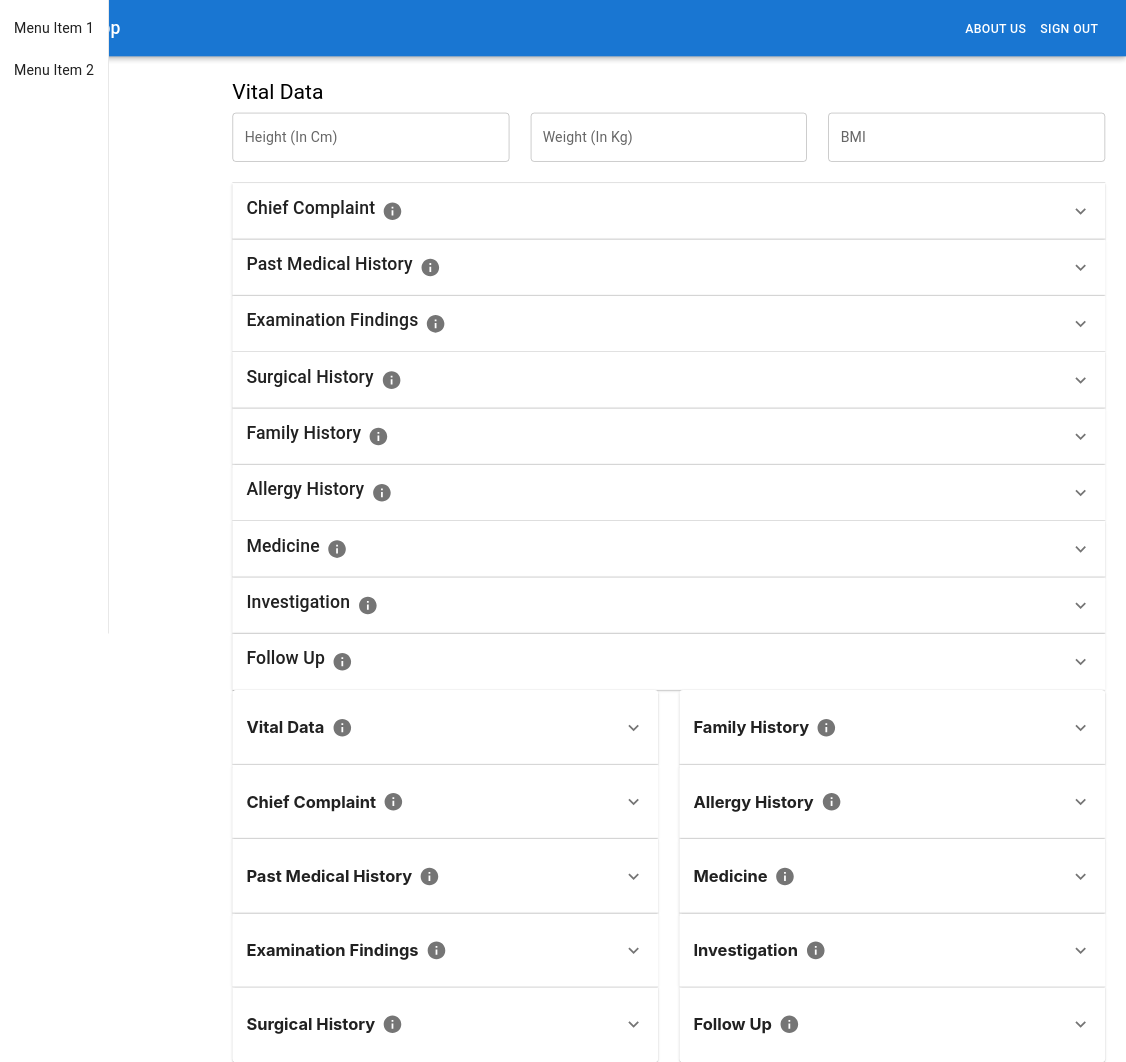
Repository: sshaiv/demo_project
Page: /
The author's editor kept a copy of each file at every save. The page is drawn from the files as they stood at one save, then again after a run of saves.
The browser window is 1280 px wide. The pictures show the whole page, at 88% of full size.
The project was rebuilt for these pictures with package versions that can differ from the ones it lists, and the page was loaded fresh each time.

Above is the page before, as saved 2024-08-12 20:03:29.

After the next 4 saves:
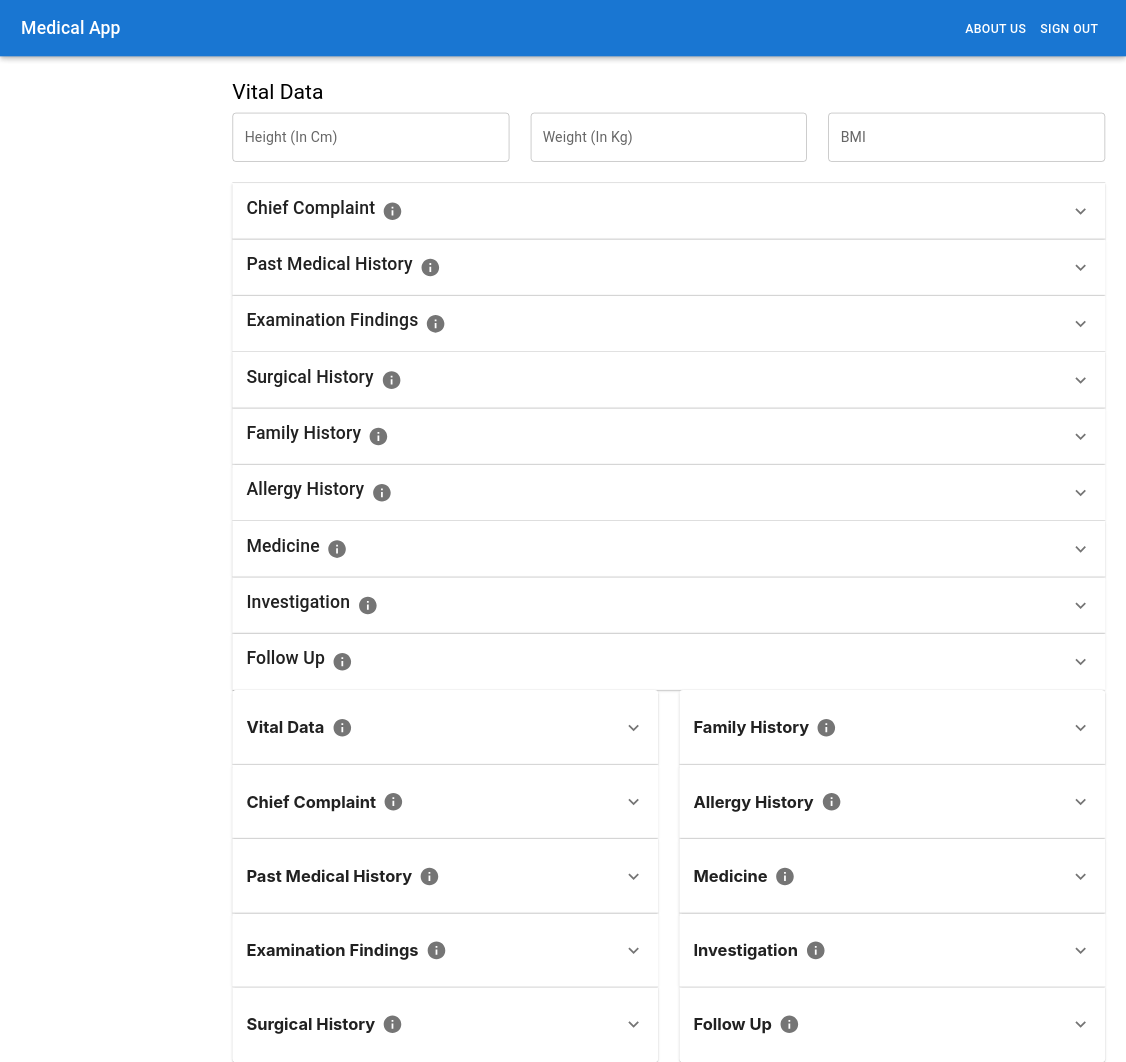
The 4 saves are shown as one change because 1 did not build or start and some came seconds apart.
The last was saved 61 s later.
--- a/src/App.js
+++ b/src/App.js
@@ -1,7 +1,6 @@
 import React from 'react';
 import { Container, Box } from '@mui/material';
 import Header from './components/Header';
-import Sidebar from './components/Sidebar';
 import VitalData from './components/VitalData';
 import AccordionSection from './components/AccordionSection';
 import MedicineSection from './components/MedicineSection';
@@ -12,7 +11,6 @@ const App = () => {
   return (
     <div style={{ display: 'flex' }}>
       <Header />
-      <Sidebar />
       <Container style={{ marginTop: '64px', marginLeft: '240px' }}>
         <Box mt={3}>
           <VitalData />
